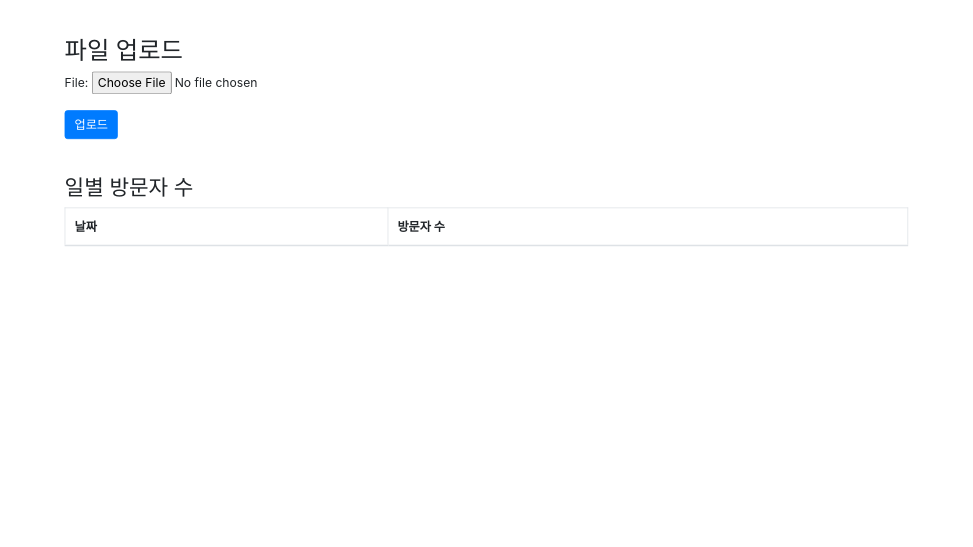
Repository: leeenzang/realmo
Page: http://localhost/file_upload/upload/
An editor plug-in stored every save of this project. The page is shown before and after a run of saves, followed by the edit.
The browser window is 1280 px wide. The pictures show the whole page, at 76% of full size.
The page is served by the project's application, run on Django 4.2 (manage.py). Other server files are loaded and not shown. The page reads the database file committed with the project.

Above is the page before, as saved 2023-08-22 22:49:27.

### file_upload/templates/file_upload/upload.html
<!DOCTYPE html>
<html lang="ko">
<head>
    <meta charset="UTF-8">
    <meta name="viewport" content="width=device-width, initial-scale=1.0">
    <title>파일 업로드 및 일별 방문자 수</title>
    <link rel="stylesheet" href="https://maxcdn.bootstrapcdn.com/bootstrap/4.5.2/css/bootstrap.min.css">
</head>
<body>

<div class="container mt-5">
    <h2>파일 업로드</h2>
    <form action="{% url 'visit:upload_csv' %}" method="post" enctype="multipart/form-data">
        {% csrf_token %}
        {{ form.as_p }}
        <button type="submit" class="btn btn-primary">업로드</button>
    </form>
</div>

<div class="container mt-5">
    <h3>일별 방문자 수</h3>
    <table class="table table-bordered table-hover">
        <thead>
            <tr>
                <th>날짜</th>
                <th>방문자 수</th>
            </tr>
        </thead>
        <tbody>
            {% for entry in daily_visitors %}
            <tr>
                <td>{{ entry.사용일 }}</td>
                <td>{{ entry.count }}</td>
            </tr>
            {% endfor %}
        </tbody>
    </table>
</div>

<script>
    // 페이지가 로드될 때 실행되는 함수
    window.onload = function() {
        // 서버에서 전달받은 메시지가 있다면
        var message = "{{ message }}";
        if (message) {
            alert(message);  // 팝업 알림으로 메시지 표시
        }
    }
</script>

</body>
</html>

### file_upload/forms.py
from django import forms

# CSV 파일 업로드 위한 form
class UploadFileForm(forms.Form):
    file = forms.FileField()

### file_upload/views.py
from django.shortcuts import render, redirect
from .models import Visitor
from .forms import UploadFileForm
from datetime import datetime, timedelta
import csv
from io import TextIOBase
from io import TextIOWrapper
from newvisit.models import DailyNewVisitors, MonthlyNewVisitors
from django.db.models import Sum


# Create your views here.


def upload_csv(request):

    if request.method == 'POST':
        form = UploadFileForm(request.POST, request.FILES)
        if form.is_valid():
            # --- 기존의 CSV 처리 로직 시작 ---
            csv_file = TextIOWrapper(request.FILES['file'].file, encoding='utf-8')
            reader = csv.reader(csv_file)
            next(reader)  # 헤더(첫번째 줄) 스킵

            for row in reader:
                uid = row[1]
                datetime_str = row[12]
                date_obj = datetime.strptime(datetime_str, '%y-%m-%d %H:%M').date()

                visitor, created = Visitor.objects.get_or_create(UID=uid, 사용일=date_obj)

                if not created:
                    visitor.save()
            # --- 기존의 CSV 처리 로직 끝 ---

            # 여기서 신규 방문자 업데이트 로직 추가
            today = datetime.today().date()
            current_month = today.month
            current_year = today.year

            # Daily update
            daily_new_count = Visitor.objects.filter(사용일=today, 구분__in=['신규카드', '신규현금']).distinct().count()
            DailyNewVisitors.objects.update_or_create(date=today, defaults={'new_visitors_count': daily_new_count})

            # Monthly update
            monthly_new_count = DailyNewVisitors.objects.filter(date__year=current_year, date__month=current_month).aggregate(Sum('new_visitors_count'))['new_visitors_count__sum'] or 0
            MonthlyNewVisitors.objects.update_or_create(year=current_year, month=current_month, defaults={'new_visitors_count': monthly_new_count})

            message = "업로드가 성공적으로 완료되었습니다!"  # 성공 메시지 설정
        else:
            message = "오류가 발생했습니다. 다시 시도해주세요."

    else:
        form = UploadFileForm()
        message = ""  # 여기에서 message 변수를 초기화합니다.

    daily_visitors = DailyNewVisitors.objects.all().order_by('-date')  # 최근 날짜부터 정렬하여 가져옴

    return render(request, 'file_upload/upload.html', {'form': form, 'message': message})

### config/urls.py
"""
URL configuration for config project.

The `urlpatterns` list routes URLs to views. For more information please see:
    https://docs.djangoproject.com/en/4.2/topics/http/urls/
Examples:
Function views
    1. Add an import:  from my_app import views
    2. Add a URL to urlpatterns:  path('', views.home, name='home')
Class-based views
    1. Add an import:  from other_app.views import Home
    2. Add a URL to urlpatterns:  path('', Home.as_view(), name='home')
Including another URLconf
    1. Import the include() function: from django.urls import include, path
    2. Add a URL to urlpatterns:  path('blog/', include('blog.urls'))
"""
from django.contrib import admin
from django.urls import path, include

urlpatterns = [
    path("admin/", admin.site.urls),
    path('mainpage/', include('mainpage.urls')),
    path('file_upload/', include('file_upload.urls')),
    path('analytics/', include('analytics.urls')),
    path('newvisit/', include('newvisit.urls')),
]

### mainpage/urls.py
from django.urls import path
from .views import home



urlpatterns = [
    path('', home, name='home'),
]

### file_upload/urls.py
from django.urls import path
from . import views

app_name = 'visit'

urlpatterns = [
    path('upload/', views.upload_csv, name='upload_csv'),
]

### analytics/urls.py
from django.urls import path
from . import views

app_name = 'analytics'

urlpatterns = [
    path('revisit_rate/', views.revisit_rate, name='revisit_rate'),
]

### newvisit/urls.py
from django.urls import path
from . import views

app_name = 'newvisit'  # <-- 이 부분 추가


urlpatterns = [
    path('new/', views.new_visitors_summary, name='new_visitors'),
]

### newvisit/models.py
from django.db import models

class DailyNewVisitors(models.Model):
    date = models.DateField(unique=True)
    new_visitors_count = models.PositiveIntegerField()

class MonthlyNewVisitors(models.Model):
    year = models.PositiveIntegerField()
    month = models.PositiveIntegerField()
    new_visitors_count = models.PositiveIntegerField()

    class Meta:
        unique_together = ('year', 'month')

### db.sqlite3 (the tables this page reads, as SQL)
CREATE TABLE "newvisit_dailynewvisitors" ("id" integer NOT NULL PRIMARY KEY AUTOINCREMENT, "date" date NOT NULL UNIQUE, "new_visitors_count" integer unsigned NOT NULL CHECK ("new_visitors_count" >= 0));
INSERT INTO "newvisit_dailynewvisitors" VALUES
(1, '2023-08-22', 0),
(2, '2023-08-24', 0),
(3, '2023-07-03', 18),
(4, '2023-07-02', 30),
(5, '2023-07-01', 32),
(6, '2023-06-30', 14),
(7, '2023-06-29', 5),
(8, '2023-06-28', 18),
(9, '2023-06-27', 4),
(10, '2023-07-12', 12),
(11, '2023-07-11', 5),
(12, '2023-07-10', 2),
(13, '2023-07-09', 12),
(14, '2023-07-08', 11),
(15, '2023-07-07', 24),
(16, '2023-07-06', 10),
(17, '2023-07-05', 14),
(18, '2023-07-31', 22),
(19, '2023-07-30', 25),
(20, '2023-07-29', 29),
(21, '2023-07-28', 15),
(22, '2023-08-25', 0),
(23, '2023-07-27', 14),
(24, '2023-07-26', 8),
(25, '2023-07-25', 5),
(26, '2023-07-24', 13),
(27, '2023-07-23', 10),
(28, '2023-07-22', 12),
(29, '2023-07-21', 20),
(30, '2023-07-20', 29),
(31, '2023-07-19', 19),
(32, '2023-07-18', 5),
(33, '2023-07-17', 9),
(34, '2023-07-16', 15),
(35, '2023-07-15', 8),
(36, '2023-07-14', 10),
(37, '2023-07-13', 2),
(38, '2023-07-04', 6),
(39, '2023-08-04', 24),
(40, '2023-08-03', 22),
(41, '2023-08-02', 21),
(42, '2023-08-01', 15),
(43, '2023-08-07', 13),
(44, '2023-08-06', 15),
(45, '2023-08-05', 22),
(46, '2023-08-10', 2),
(47, '2023-08-09', 8),
(48, '2023-08-08', 17),
(49, '2023-08-12', 15),
(50, '2023-08-11', 13);

After the next 2 saves:
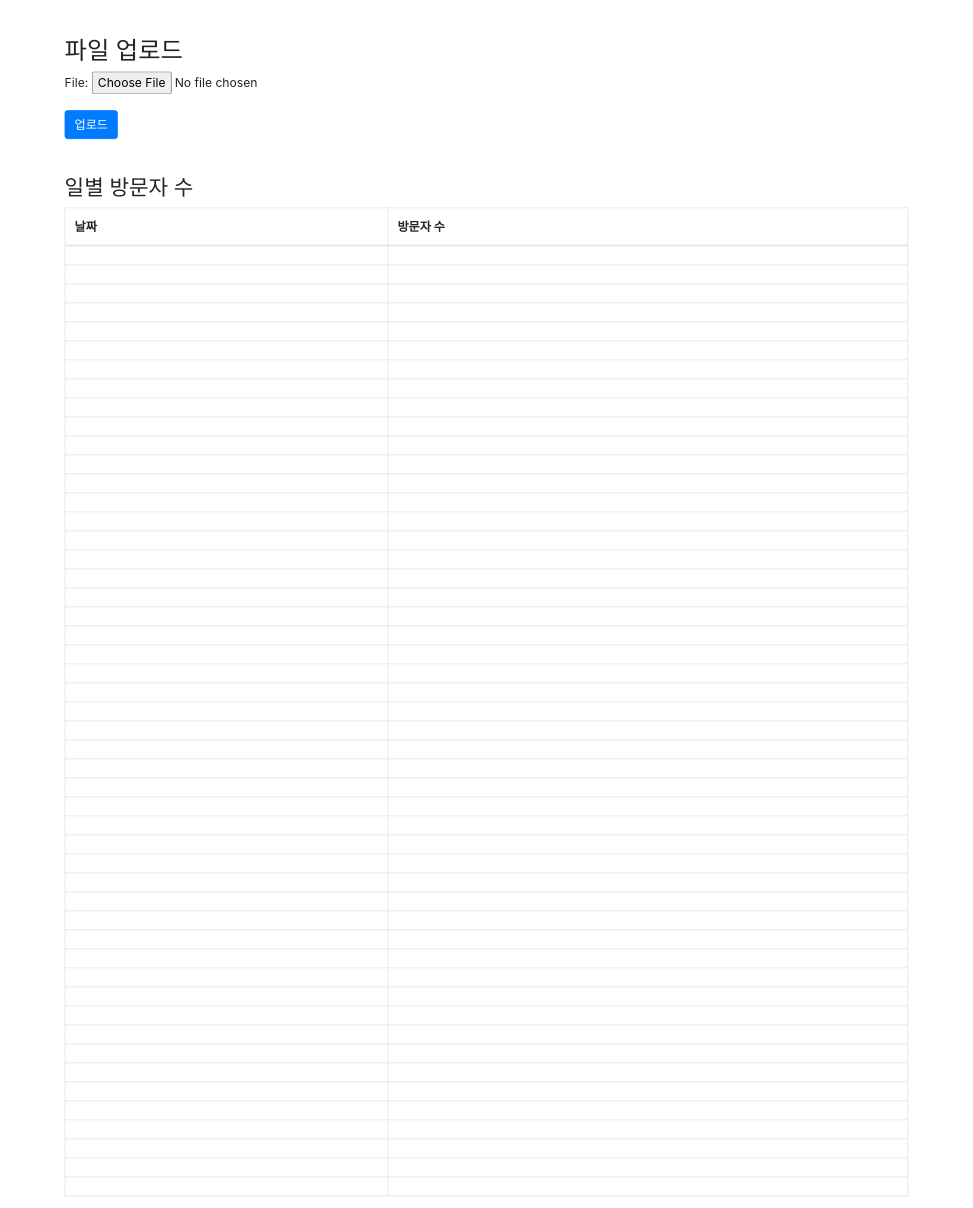
The 2 saves are shown as one change because 1 did not build or start.
The last was saved 2 min 31 s later.
--- a/file_upload/views.py
+++ b/file_upload/views.py
@@ -56,4 +56,4 @@ def upload_csv(request):
 
     daily_visitors = DailyNewVisitors.objects.all().order_by('-date')  # 최근 날짜부터 정렬하여 가져옴
 
-    return render(request, 'file_upload/upload.html', {'form': form, 'message': message})
+    return render(request, 'file_upload/upload.html', {'form': form, 'message': message, 'daily_visitors': daily_visitors})
